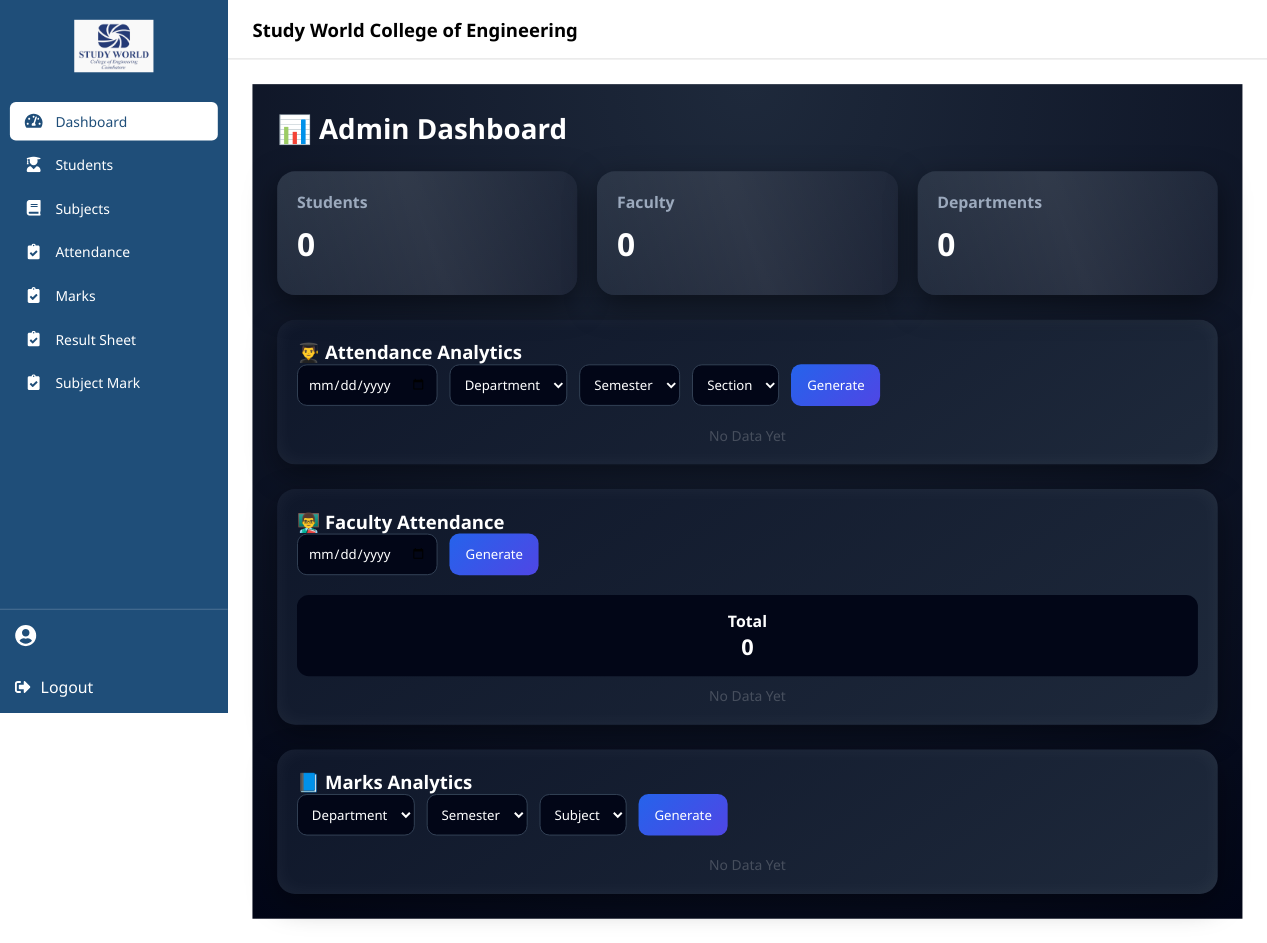
Repository: arthanarieswara/frontend
Page: /dashboard
These files come from the project's save history. The page is drawn as it stood at one moment and after the next save; the edit follows.
The browser window is 1280 px wide. The pictures show the whole page, at 99% of full size.
The page's requests for data from a server got no answer. The project was rebuilt for these pictures with package versions that can differ from the ones it lists, and the page was loaded fresh each time. No one was signed in, and anything a server would have sent is missing. Also part of the build but not shown: vite.config.js, src/pages/auth/Login.jsx, src/pages/departments/Departments.css, src/pages/departments/Departments.jsx, src/pages/students/Students.css, src/pages/students/Students.jsx, src/pages/faculty/Faculty.css, src/pages/faculty/Faculty.jsx and 15 more.

Above is the page before, as saved 2026-04-17 16:50:06.

After the next save:
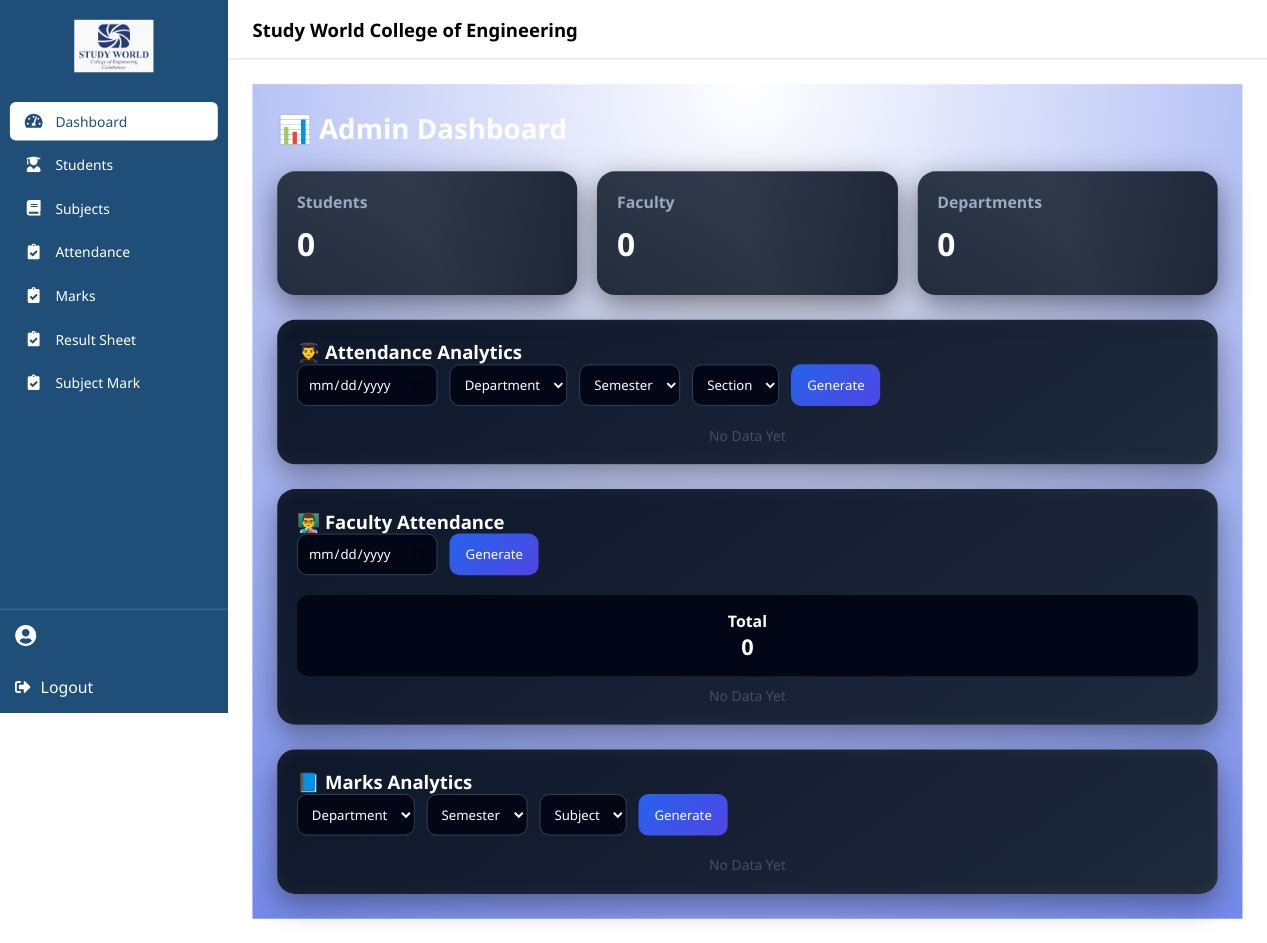
Saved 3 min 19 s later.
--- a/src/pages/dashboard/Dashboard.css
+++ b/src/pages/dashboard/Dashboard.css
@@ -2,7 +2,7 @@
 .dashboard {
   padding: 25px;
   min-height: 100vh;
-  background: radial-gradient(circle at top, #1e293b, #020617);
+  background: radial-gradient(circle at top, #ffffff, #7389eb);
   color: #fff;
 }
 
